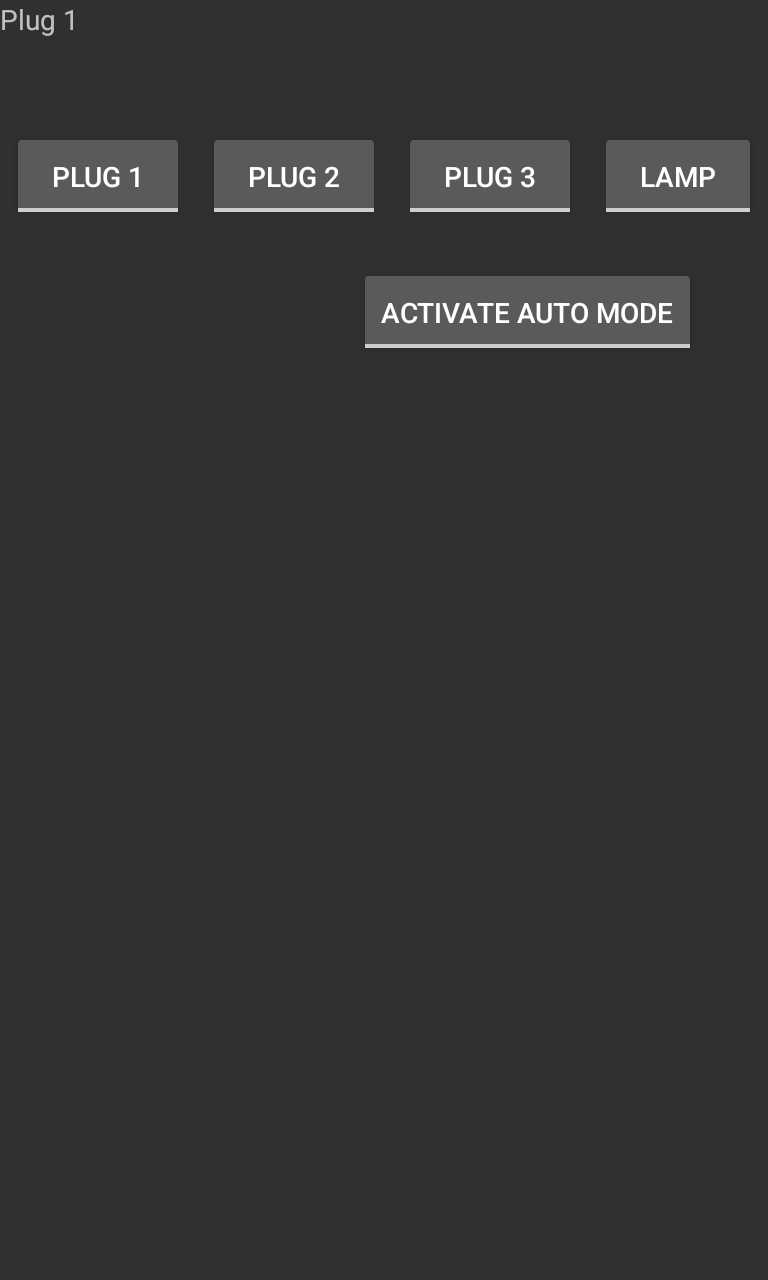
Repository: deanzaka/Shroom-Smart-Terminal
Layout: IOIOShroomST/res/layout/settings.xml
The author's editor kept a copy of each file at every save. The layout is drawn from the files as they stood at one save, then again after the next save.
It is drawn on a 768 x 1280 px phone screen (xhdpi) without system bars, with theme Theme.AppCompat; the app's code is not run.

Above is the layout before, as saved 2014-11-17 01:53:38.

After the next save:
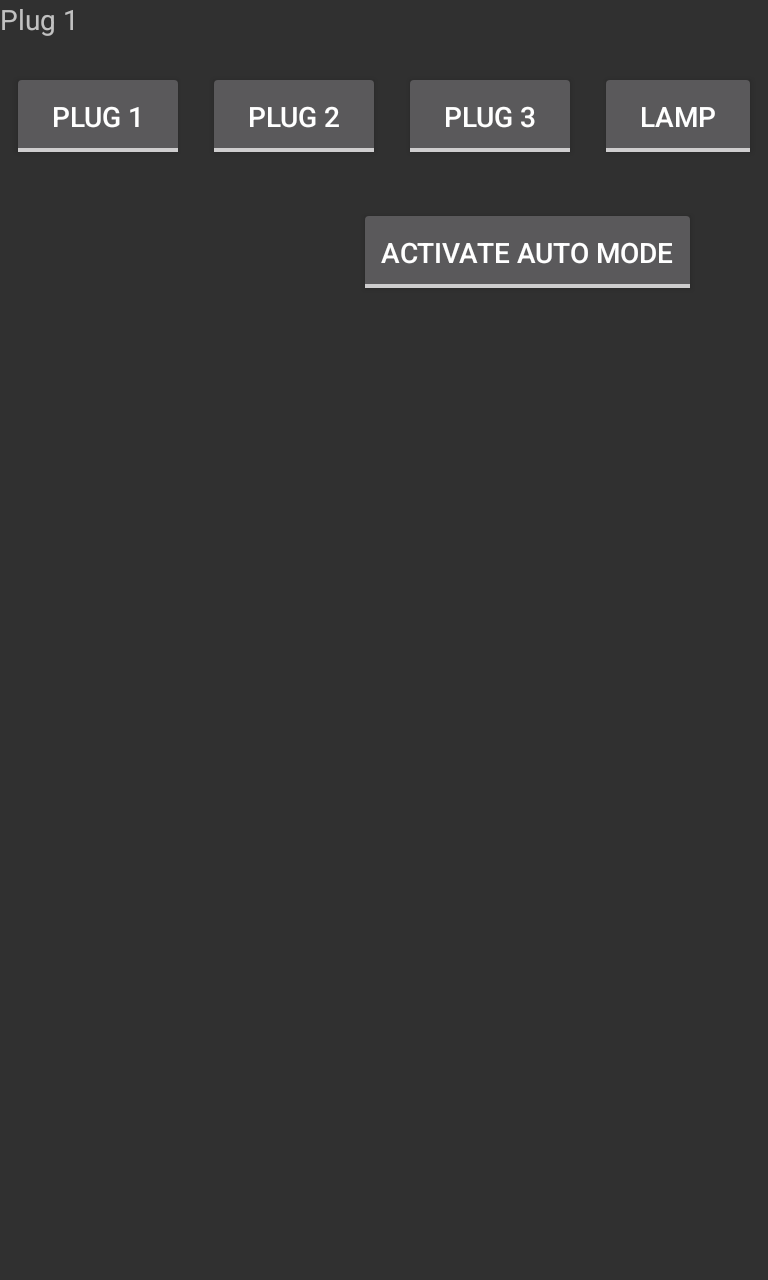
Saved 16 s later.
--- a/IOIOShroomST/res/layout/settings.xml
+++ b/IOIOShroomST/res/layout/settings.xml
@@ -14,7 +14,7 @@
 		android:layout_height="wrap_content"
 		android:orientation="horizontal"
 		android:gravity="center_horizontal"
-		android:paddingTop="40dp">
+		android:paddingTop="10dp">
 
 	    <ToggleButton
 			android:id="@+id/Terminal1"
